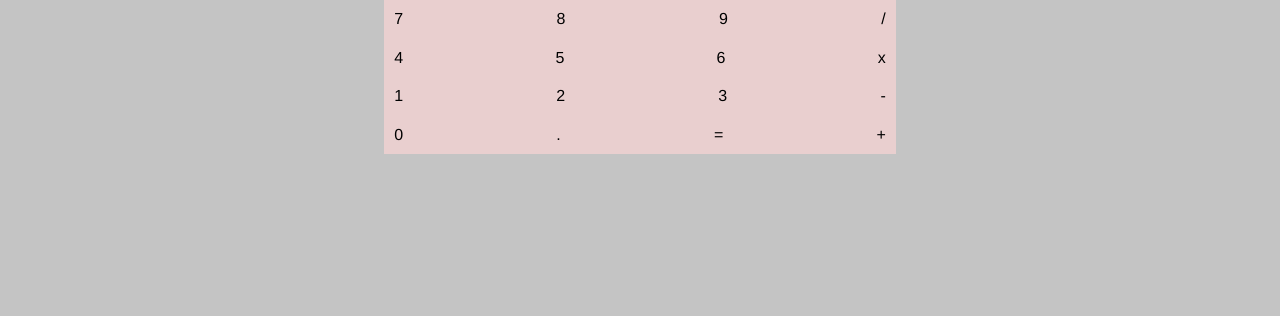
Repository: raulpenate/Calculadora-VUE3
Page: /
These files come from the project's save history. The page is drawn as it stood at one moment and after the next save; the edit follows.
The browser window is 1280 px wide. The pictures show the whole page.
The project was rebuilt for these pictures with package versions that can differ from the ones it lists, and the page was loaded fresh each time. Also part of the build but not shown: src/components/HelloWorld.vue.

Above is the page before, as saved 2022-03-11 08:22:28.

### src/App.vue
<template>
  <HelloWorld msg="Welcome to Your Vue.js App"/>
  <Calculator/>
</template>

<script>
import HelloWorld from './components/HelloWorld.vue'
import Calculator from './components/Calculator.vue'

export default {
  name: 'App',
  components: {
    Calculator
  }
}
</script>

<style>
#app {
  font-family: Avenir, Helvetica, Arial, sans-serif;
  -webkit-font-smoothing: antialiased;
  -moz-osx-font-smoothing: grayscale;
}
</style>

### src/components/Calculator.vue
<template>
  <div class="carcasa">
    <div class="pantalla"></div>
    <div class="fila">
        <div class="boton">7</div>
        <div class="boton">8</div>
        <div class="boton">9</div>
        <div class="boton">/</div>
    </div>
    <div class="fila">
        <div class="boton">4</div>
        <div class="boton">5</div>
        <div class="boton">6</div>
        <div class="boton">x</div>
    </div>
    <div class="fila">
        <div class="boton">1</div>
        <div class="boton">2</div>
        <div class="boton">3</div>
        <div class="boton">-</div>
    </div>
    <div class="fila">
        <div class="boton">0</div>
        <div class="boton">.</div>
        <div class="boton">=</div>
        <div class="boton">+</div>
    </div>
  </div>
</template>

<script>
export default {};
</script>

<style>
*{
    padding: 0;
    margin: 0;
    box-sizing: border-box;
}

body{
    background: #c4c4c4;
    margin: auto 30%;
}

.carcasa{
    background: rgb(233, 207, 207);
    display: flex;
    flex-flow: wrap column;
}

.fila{
    display: flex;
    flex-flow: wrap row;
    justify-content: space-between;
    padding: 2%;
}


</style>

Loaded but not shown: public/index.html (common file); src/main.js (common file)

After the next save:
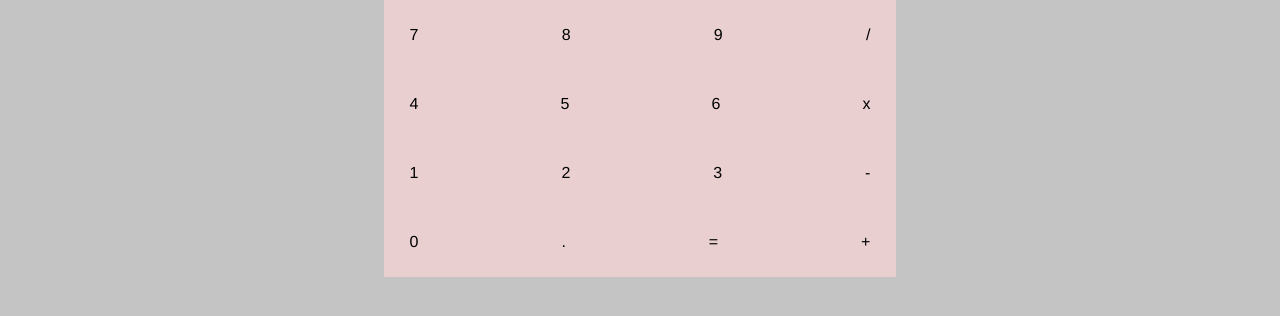
Saved 4 s later.
--- a/src/components/Calculator.vue
+++ b/src/components/Calculator.vue
@@ -54,7 +54,7 @@ body{
     display: flex;
     flex-flow: wrap row;
     justify-content: space-between;
-    padding: 2%;
+    padding: 5%;
 }
 
 
